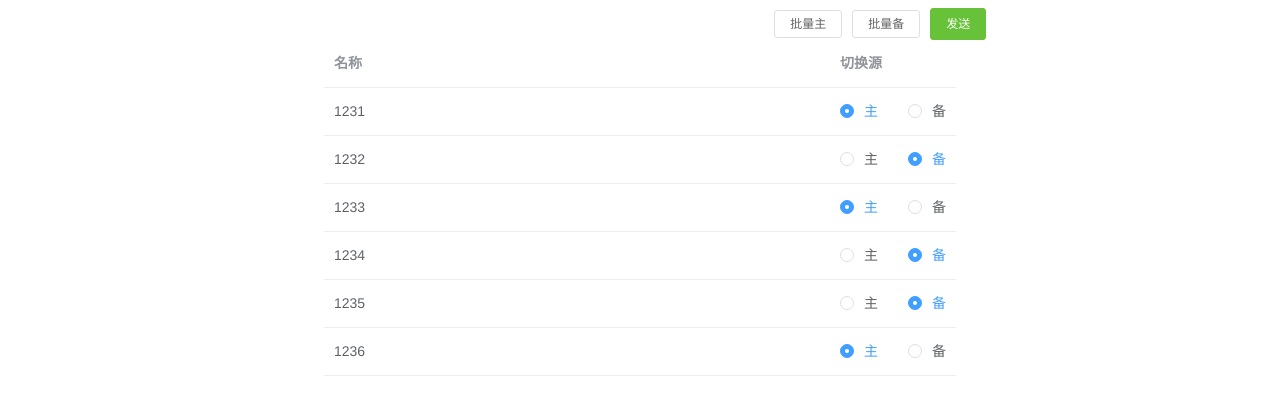
Repository: faintout/BHMQTTSendTool
Page: /
The author's editor kept a copy of each file at every save. The page is drawn from the files as they stood at one save, then again after the next save.
The browser window is 1280 px wide. The pictures show the whole page.
The project was rebuilt for these pictures with package versions that can differ from the ones it lists, and the page was loaded fresh each time. Also part of the build but not shown: vue.config.js. Imported but missing from the stored project, and not drawn on this page: src/views/About.vue.

Above is the page before, as saved 2020-08-26 14:24:02.

### public/index.html
<!DOCTYPE html>
<html lang="en">
  <head>
    <meta charset="utf-8">
    <meta http-equiv="X-UA-Compatible" content="IE=edge">
    <meta name="viewport" content="width=device-width,initial-scale=1.0">
    <link rel="stylesheet" href="">
    <title></title>
  </head>
  <body>
    <div id="app">

    </div>
    <!-- built files will be auto injected -->
  </body>
</html>

### src/main.js
import Vue from 'vue'
import App from './App.vue'
import router from './router'
import $ from 'jquery'
import ElementUi from 'element-ui'
import 'element-ui/lib/theme-chalk/index.css'
import 'element-ui/lib/theme-chalk/reset.css'

Vue.config.productionTip = false
Vue.use(ElementUi)
new Vue({
  router,
  render: h => h(App)
}).$mount('#app')

### src/views/Home.vue
<template>
  <div class="content">
      <title></title>
          <!-- 按钮模块 -->
    <div style="position: relative;left: calc(50% - 6%);width: 50%;">
       <el-button size="mini" @click="batch(0)">批量主</el-button>
       <el-button size="mini" @click="batch(1)">批量备</el-button>
       <el-button type="success" size="small" @click="sendData">发送</el-button>
    </div>
      <el-table
      v-loading="tableLoading"
      :data="tableData"
       style="width: 50%;position: relative;left: calc(50% - 25%);">
      >
      <el-table-column
          prop="name"
          min-width="4"
        label="名称"
      >
      </el-table-column>
    <el-table-column
        label="切换源"
        min-width="1"

        >
        <template slot-scope="scope">
        <el-radio-group v-model="scope.row.enable">
            <el-radio :label="0" @click="scope.row.enable = 0" >主</el-radio>
            <el-radio :label="1" @click="scope.row.enable = 1" >备</el-radio>
     </el-radio-group>
        </template>
      </el-table-column>

      </el-table>
  </div>

</template>

<script>

export default {
  components:{},
  data(){
    return {
        //表格框加载
        tableLoading:false,
        tableData:[
            {
                id:1,
                name:'1231',
                enable:0,
                data:'333'
            },
            {
                id:2,
                name:'1232',
                enable:1,
                data:'333'
            },
            {
                id:3,
                name:'1233',
                enable:0,
                data:'333'
            },
            {
                id:4,
                name:'1234',
                enable:1,
                data:'333'
            },
            {
                id:5,
                name:'1235',
                enable:1,
                data:'333'
            }
            ,{
                id:6,
                name:'1236',
                enable:0,
                data:'333'
            }
        ]
    }
  },
  watch:{},
  computed:{

  },
  methods:{
      changeItem(item){
          console.log('item',item);
      },
      changItemRadio(item){
          console.log('itemzhixng ');
      },
      //获取所有数据
      getAllMqttData(){

      },
      //数据处理
      dataProcessing(){

      },
      //批量设置
      /**
       * @type 0 主 1 备
       * @Date 2020-08-26 14:13:24
      */
      batch(type){
          this.tableData.forEach(item=>{
              item.enable = type?1:0
          })
      },
      //发送数据
      sendData(){

      }

  },
  mounted(){
      console.log(this.tableData);
  },
  created(){},
}
</script>
<style lang="less" scoped>
</style>

Loaded but not shown: src/App.vue (common file); src/router/index.js (common file)

After the next save:
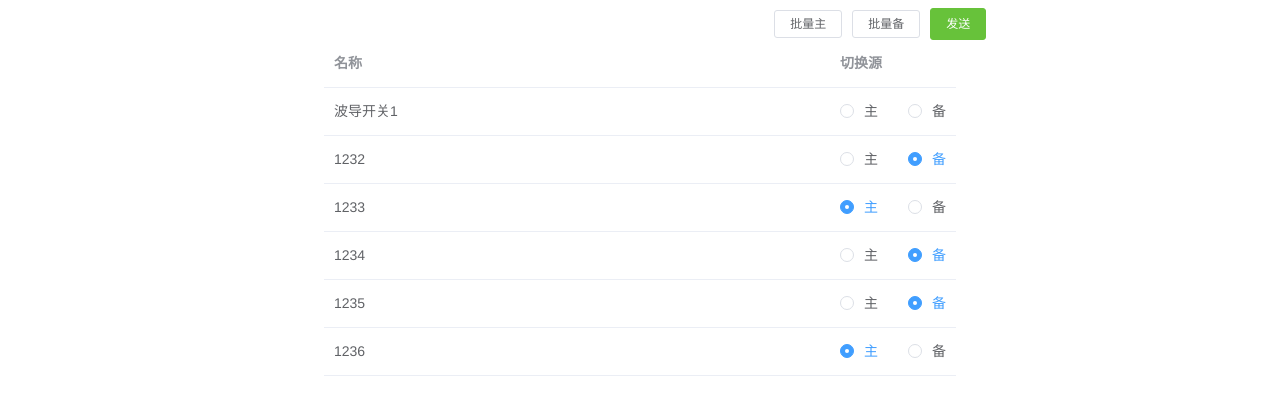
Saved 3 min 1 s later.
--- a/src/views/Home.vue
+++ b/src/views/Home.vue
@@ -45,12 +45,14 @@ export default {
         //表格框加载
         tableLoading:false,
         tableData:[
-            {
-                id:1,
-                name:'1231',
-                enable:0,
-                data:'333'
-            },
+                {
+        "id":1,
+        "name":"波导开关1",
+        "enableMaster":0,
+        "enableSavle":0,
+        "masterData":"",
+        "savleData":""
+    },
             {
                 id:2,
                 name:'1232',
